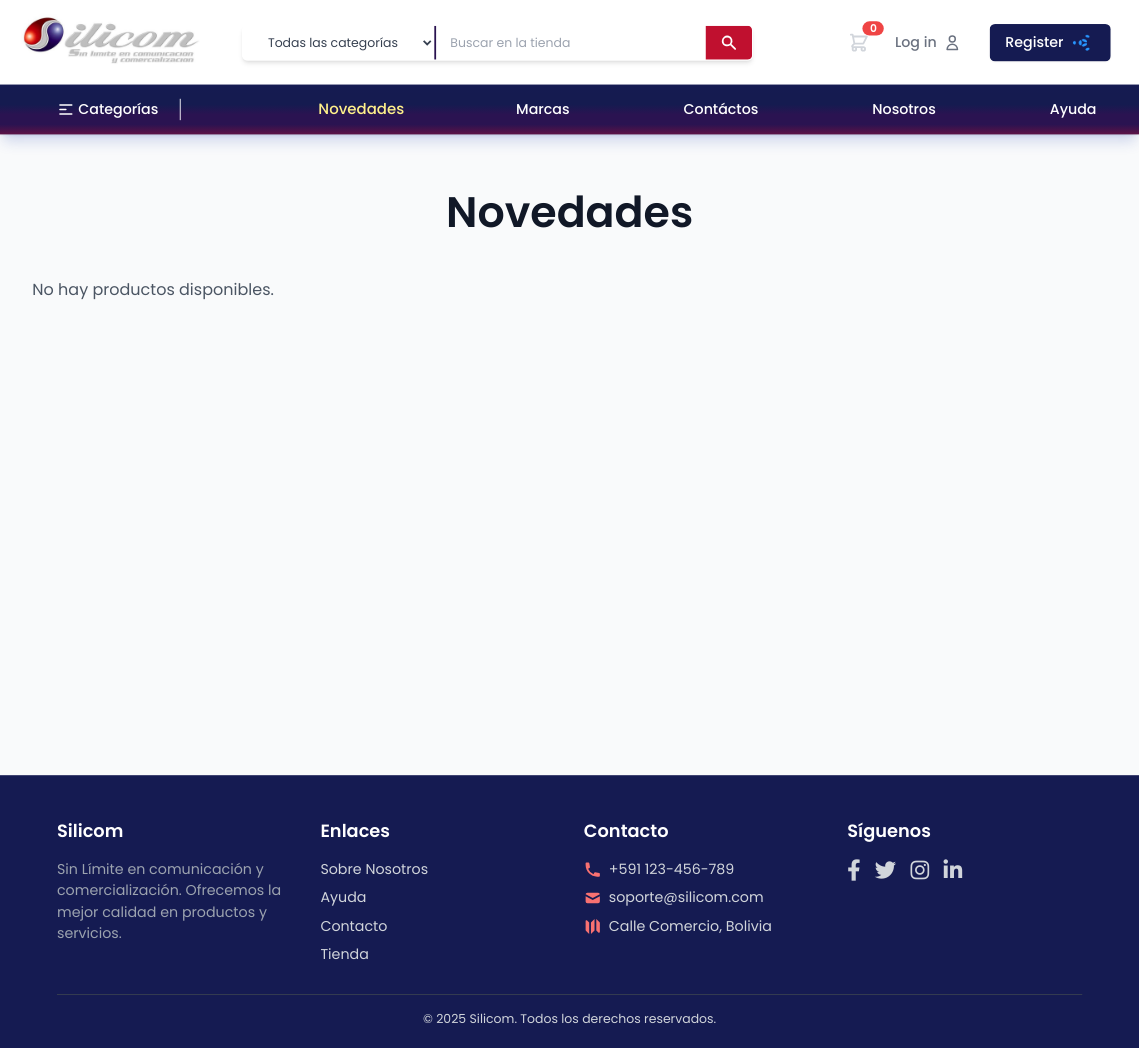
Repository: Francovg18/ecommerce
Page: /news
An editor plug-in stored every save of this project. The page is shown before and after the next save, followed by the edit.
The browser window is 1280 px wide. The pictures show the whole page, at 89% of full size.
The page's requests for data from a server got no answer. The project was rebuilt for these pictures with package versions that can differ from the ones it lists, and the page was loaded fresh each time. No one was signed in, and anything a server would have sent is missing. Also part of the build but not shown: src/components/home/Banner.js, src/components/home/ProductsArrival.js, src/components/home/ProductsSold.js, src/redux/actions/brands.js, src/components/home/Brand.js, src/components/home/Product.js, src/containers/Home.jsx, src/containers/errors/Error404.jsx and 39 more.

Above is the page before, as saved 2025-01-29 20:42:58.

### public/index.html
<!DOCTYPE html>
<html lang="en">
  <head>
    <meta charset="utf-8" />
    <link rel="icon" href="%PUBLIC_URL%/favicon.ico" />
    <meta name="viewport" content="width=device-width, initial-scale=1" />
    <meta name="theme-color" content="#000000" />
    <meta name="description" content="Web site created using create-react-app" />
    <link rel="apple-touch-icon" href="%PUBLIC_URL%/logo192.png" />
    <link href="https://fonts.googleapis.com/css2?family=Poppins:wght@400;500;600&display=swap" rel="stylesheet">
    <link
  rel="stylesheet"
  href="https://cdnjs.cloudflare.com/ajax/libs/font-awesome/6.0.0-beta3/css/all.min.css"
/>

    <!--
      manifest.json provides metadata used when your web app is installed on a
      user's mobile device or desktop. See https://developers.google.com/web/fundamentals/web-app-manifest/
    -->
    <link rel="manifest" href="%PUBLIC_URL%/manifest.json" />
    <!--
      Notice the use of %PUBLIC_URL% in the tags above.
      It will be replaced with the URL of the `public` folder during the build.
      Only files inside the `public` folder can be referenced from the HTML.

      Unlike "/favicon.ico" or "favicon.ico", "%PUBLIC_URL%/favicon.ico" will
      work correctly both with client-side routing and a non-root public URL.
      Learn how to configure a non-root public URL by running `npm run build`.
    -->
    <title>React App</title>
  </head>
  <body>
    <noscript>You need to enable JavaScript to run this app.</noscript>
    <div id="root"></div>
    <!--
      This HTML file is a template.
      If you open it directly in the browser, you will see an empty page.

      You can add webfonts, meta tags, or analytics to this file.
      The build step will place the bundled scripts into the <body> tag.

      To begin the development, run `npm start` or `yarn start`.
      To create a production bundle, use `npm run build` or `yarn build`.
    -->
  </body>
</html>

### src/index.js
import React from 'react';
import ReactDOM from 'react-dom/client';
import './style/index.css';
import App from './App';

const root = ReactDOM.createRoot(document.getElementById('root'));
root.render(
  <React.StrictMode>
    <App />
  </React.StrictMode>
);

### src/store.js
import { createStore, applyMiddleware } from 'redux';
import { composeWithDevTools } from '@redux-devtools/extension';
import { thunk } from 'redux-thunk';
import rootReducer from './redux/reducers';

const initialState = {};
const middleware = [thunk];
const store = createStore(
    rootReducer,
    initialState,
    composeWithDevTools(applyMiddleware(...middleware))
);

export default store;

### src/containers/News.jsx
import Layout from "../hocs/Layout";
import { connect } from "react-redux";
import {
    get_products_by_arrival
} from '../redux/actions/products';
import { useEffect } from "react";
import NewsProducts from "./pages/NewsProducts";
const Home = ({ get_products_by_arrival, products_arrival
}) => {

    useEffect(() => {
        window.scrollTo(0, 0);
        get_products_by_arrival();
    }, []);

    return (
        <Layout>
            <div className="text-blue-500">
                <NewsProducts data={products_arrival} />
            </div>
        </Layout>
    );
};

const mapStateToProps = state => ({
    products_arrival: state.Products.products_arrival
});

export default connect(mapStateToProps, {
    get_products_by_arrival
})(Home);

### src/redux/reducers/index.js
import { combineReducers } from 'redux';
import Auth from './auth';
import Alert from './alert';
import Categories from './categories';
import Products from './products';
import Cart from './cart';
import Shipping from './shipping'
import Payment from './payment';
import Orders from './orders';
import Coupons from './coupons';
import Profile from './profile';
import Wishlist from './wishlist';
import Reviews from './reviews';
import Brands from './brands';
export default combineReducers({
    Auth,
    Alert,
    Categories,
    Products,
    Cart,
    Shipping,
    Payment,
    Orders,
    Coupons,
    Profile,
    Wishlist,
    Reviews,
    Brands
})

### src/hocs/Layout.js
import { ToastContainer } from 'react-toastify';
import 'react-toastify/dist/ReactToastify.css';
import { check_authenticated, load_user, refresh } from '../redux/actions/auth';
import {
    get_items,
    get_total,
    get_item_total
} from "../redux/actions/cart";

import {
    get_user_profile
} from "../redux/actions/profile";

import { useEffect } from 'react';
import { connect } from 'react-redux';
import Navbar from '../components/navigation/Navbar';
import Footer from '../components/navigation/Footer';

const Layout = (props) => {

    useEffect(() => {
        props.refresh()
        props.check_authenticated()
        props.load_user()
        props.get_items()
        props.get_total()
        props.get_item_total()
        props.get_user_profile()
    }, []);

    return(
        <div>
            <Navbar/>
            <ToastContainer autoClose={5000} />
            {props.children}
            <Footer/>
        </div>
    )
}


export default connect(null, {
    check_authenticated,
    load_user,
    refresh,
    get_items,
    get_total,
    get_item_total,
    get_user_profile
}) (Layout)

### src/redux/actions/categories.js
import axios from 'axios';
import {
    GET_CATEGORIES_SUCCESS,
    GET_CATEGORIES_FAIL,
} from './types';

export const get_categories = () => async dispatch => {
    const config = {
        headers: {
            'Accept': 'application/json'
        }
    };

    try {
        const res = await axios.get(`${process.env.REACT_APP_API_URL}/api/category/categories`, config);

        if (res.status >= 200 && res.status < 300) {
            dispatch({
                type: GET_CATEGORIES_SUCCESS,
                payload: res.data
            });
        } else {
            console.error('Error: Unexpected response status', res.status);
            dispatch({
                type: GET_CATEGORIES_FAIL
            });
        }
    } catch (err) {
        console.error('Error fetching categories:', err.message);
        dispatch({
            type: GET_CATEGORIES_FAIL
        });
    }
};

### src/components/navigation/Footer.js
import React from "react";
import { MapIcon, PhoneIcon, MailIcon, GlobeAltIcon, ShoppingBagIcon, UserGroupIcon } from "@heroicons/react/solid";

function Footer() {
  return (
    <footer className="bg-midnight-blue text-gray-300 pt-12 pb-6">
      <div className="max-w-7xl mx-auto px-6 lg:px-16">
        {/* Secciones del Footer */}
        <div className="grid grid-cols-1 sm:grid-cols-2 md:grid-cols-4 gap-8">

          {/* Información de la Empresa */}
          <div>
            <h3 className="text-xl font-bold text-white mb-4">Silicom</h3>
            <p className="text-gray-400">
              Sin Límite en comunicación y comercialización. Ofrecemos la mejor calidad en productos y servicios.
            </p>
          </div>

          {/* Links Rápidos */}
          <div>
            <h3 className="text-xl font-bold text-white mb-4">Enlaces</h3>
            <ul className="space-y-2">
              <li><a href="/about" className="hover:text-red-400 transition">Sobre Nosotros</a></li>
              <li><a href="/help" className="hover:text-red-400 transition">Ayuda</a></li>
              <li><a href="/contact" className="hover:text-red-400 transition">Contacto</a></li>
              <li><a href="/shop" className="hover:text-red-400 transition">Tienda</a></li>
            </ul>
          </div>

          {/* Contacto */}
          <div>
            <h3 className="text-xl font-bold text-white mb-4">Contacto</h3>
            <ul className="space-y-2">
              <li className="flex items-center"><PhoneIcon className="w-5 h-5 text-red-400 mr-2" /> +591 123-456-789</li>
              <li className="flex items-center"><MailIcon className="w-5 h-5 text-red-400 mr-2" /> soporte@silicom.com</li>
              <li className="flex items-center"><MapIcon className="w-5 h-5 text-red-400 mr-2" /> Calle Comercio, Bolivia</li>
            </ul>
          </div>

          {/* Redes Sociales */}
          <div>
            <h3 className="text-xl font-bold text-white mb-4">Síguenos</h3>
            <div className="flex space-x-4">
              <a href="#" className="hover:text-red-400 transition"><i className="fab fa-facebook-f text-2xl"></i></a>
              <a href="#" className="hover:text-red-400 transition"><i className="fab fa-twitter text-2xl"></i></a>
              <a href="#" className="hover:text-red-400 transition"><i className="fab fa-instagram text-2xl"></i></a>
              <a href="#" className="hover:text-red-400 transition"><i className="fab fa-linkedin-in text-2xl"></i></a>
            </div>
          </div>
        </div>

        {/* Línea Divisoria */}
        <div className="border-t border-gray-700 mt-8 pt-4 text-center text-sm">
          <p>&copy; {new Date().getFullYear()} Silicom. Todos los derechos reservados.</p>
        </div>
      </div>
    </footer>
  );
}

export default Footer;

### src/redux/actions/alert.js
import{
    SET_ALERT,
    REMOVE_ALERT,
} from './types';

export const setAlert = (msg, alertType, timeout = 5000) => dispatch =>{
    dispatch({
        type: SET_ALERT,
        payload: {msg, alertType}
    });
    setTimeout(() => dispatch({ type: REMOVE_ALERT }), timeout);
}

### src/containers/pages/NewsProducts.jsx
import React from "react";
import { Link } from "react-router-dom";
import { connect } from "react-redux";

const NewsProducts = ({ data, isAuthenticated }) => {
  const products = Array.isArray(data) ? data : [];

  return (
    <div className="bg-gray-50 min-h-screen py-16">
      <div className="max-w-7xl mx-auto px-4 sm:px-6 lg:px-8">
        <div className="text-center max-w-2xl mx-auto mb-12">
          <h1 className="text-5xl font-extrabold text-gray-900">Novedades</h1>
        </div>

        <div className="grid grid-cols-2 sm:grid-cols-2 md:grid-cols-3 lg:grid-cols-4 gap-8">
          {products.length > 0 ? (
            products.map((product) => (
                <div
                key={product.id}
                className="relative group bg-white rounded-lg shadow-xl overflow-hidden transform transition-transform duration-300 hover:scale-105"
              >
                <div className="px-4 py-2 mt-2">
                  <h2 className="text-lg font-bold text-gray-800 text-center">
                    {product.name}
                  </h2>
                </div>
                <div className="relative w-full h-52 p-4 flex items-center justify-center">
                  <img
                    src={product.get_thumbnail}
                    alt={product.name}
                    className="w-full h-full object-contain"
                  />
                </div>

                <div className="absolute inset-0 flex flex-col items-center justify-center opacity-0 group-hover:opacity-100 transition-opacity duration-300 bg-gray-100 p-4">
                  <h2 className="text-xl font-semibold text-gray-800">
                    {product.name}
                  </h2>
                  <p className="text-sm text-gray-600 mt-2 text-center">
                    {product.description?.length > 100
                      ? `${product.description.slice(0, 100)}...`
                      : product.description}
                  </p>
                  <p
                    className={`text-sm ${
                      isAuthenticated
                        ? "font-medium text-gray-900"
                        : "text-red-500 font-semibold"
                    }`}
                  >
                    {isAuthenticated ? `Bs${product.price}` : "No permitido"}
                  </p>
                  <Link
                    to={`/product/${product.id}`}
                    className="mt-4 px-4 py-2 bg-midnight-blue text-white rounded-md shadow-md hover:bg-purple-night transition"
                  >
                    Ver
                  </Link>
                </div>
              </div>

            ))
          ) : (
            <p className="text-gray-600 text-center text-lg">
              No hay productos disponibles.
            </p>
          )}
        </div>
      </div>
    </div>
  );
};

const mapStateToProps = (state) => ({
  isAuthenticated: state.Auth.isAuthenticated,
});

export default connect(mapStateToProps)(NewsProducts);

### src/redux/reducers/alert.js
import {
    SET_ALERT,
    REMOVE_ALERT,
} from '../actions/types';

const initialState = {
    alert: null
};

export default function Alert(state = initialState, action) {
    const { type, payload } = action;

    switch(type) {
        case SET_ALERT:
            return {
                ...state,
                alert: payload
            };
        case REMOVE_ALERT:
            return {
                ...state,
                alert: null
            }
        default:
            return state
    };
}

### src/redux/reducers/categories.js
import {
    GET_CATEGORIES_SUCCESS,
    GET_CATEGORIES_FAIL
} from '../actions/types';

const initialState = {
    categories: null
};

export default function Categories(state = initialState, action) {
    const { type, payload } = action;

    switch(type) {
        case GET_CATEGORIES_SUCCESS:
            return {
                ...state,
                categories: payload.categories
            }
        case GET_CATEGORIES_FAIL:
            return {
                ...state,
                categories: null
            }
        default:
            return state
    }
}

### src/redux/reducers/shipping.js
import {
    GET_SHIPPING_OPTIONS_SUCCESS,
    GET_SHIPPING_OPTIONS_FAIL
} from '../actions/types';

const initialState = {
    shipping: null,
};

export default function Shipping(state = initialState, action) {
    const { type, payload } = action;

    switch(type) {
        case GET_SHIPPING_OPTIONS_SUCCESS:
            return {
                ...state,
                shipping: payload.shipping_options
            }
        case GET_SHIPPING_OPTIONS_FAIL:
            return {
                ...state,
                shipping: null
            }
        default:
            return state;
    }
};

### src/redux/reducers/orders.js
import {
    GET_ORDERS_SUCCESS,
    GET_ORDERS_FAIL,
    GET_ORDER_DETAIL_SUCCESS,
    GET_ORDER_DETAIL_FAIL
} from '../actions/types';

const initialState = {
    orders: null,
    order: null
};


export default function Orders(state = initialState, action) {
    const { type, payload } = action;

    switch(type) {
        case GET_ORDERS_SUCCESS:
            return {
                ...state,
                orders: payload.orders
            }
        case GET_ORDERS_FAIL:
            return {
                ...state,
                orders: []
            }
        case GET_ORDER_DETAIL_SUCCESS:
            return {
                ...state,
                order: payload.order
            }
        case GET_ORDER_DETAIL_FAIL:
            return {
                ...state,
                order: {}
            }
        default:
            return state;
    }
}

### src/redux/reducers/coupons.js
import {
    GET_COUPON_SUCCESS,
    GET_COUPON_FAIL,
} from '../actions/types';

const initialState = {
    coupon: null
};


export default function Coupons(state = initialState, action) {
    const { type, payload } = action;

    switch(type) {
        case GET_COUPON_SUCCESS:
            return {
                ...state,
                coupon: payload.coupon
            }
        case GET_COUPON_FAIL:
            return {
                ...state,
                coupon: null
            }
        default:
            return state;
    }
}

### src/redux/reducers/profile.js
import {
    GET_USER_PROFILE_SUCCESS,
    GET_USER_PROFILE_FAIL,
    UPDATE_USER_PROFILE_SUCCESS,
    UPDATE_USER_PROFILE_FAIL
} from '../actions/types';

const initialState = {
    profile: null
};

export default function Profile(state = initialState, action) {
    const { type, payload } = action;

    switch(type) {
        case GET_USER_PROFILE_SUCCESS:
            return {
                ...state,
                profile: payload.profile
            }
        case GET_USER_PROFILE_FAIL:
            return {
                ...state
            }
        case UPDATE_USER_PROFILE_SUCCESS:
            return {
                ...state,
                profile: payload.profile
            }
        case UPDATE_USER_PROFILE_FAIL:
            return {
                ...state
            }
        default:
            return state
    }
}

### src/redux/reducers/brands.js
import {
    GET_BRANDS_SUCCESS,
    GET_BRANDS_FAIL
} from '../actions/types';

const initialState = {
    brands: null
};

export default function Brands(state = initialState, action) {
    const { type, payload } = action;

    switch (type) {
        case GET_BRANDS_SUCCESS:
            return {
                ...state,
                brands: payload.brands // Ajusta si `payload` tiene otra estructura
            };
        case GET_BRANDS_FAIL:
            return {
                ...state,
                brands: null
            };
        default:
            return state;
    }
}

### src/components/alert.js
import {Fragment} from 'react'
import {connect} from 'react-redux'

import { CheckCircleIcon } from '@heroicons/react/solid'

function Alert ({ alert }) {

    const displayAlert = () => {
        if (alert !== null){
            return (
                <div className={`rounded-md bg-${alert.alertType}-50 p-4`}>
                <div className="flex">
                    <div className="flex-shrink-0">
                    <CheckCircleIcon className={`h-5 w-5 text-${alert.alertType}-400`} aria-hidden="true" />
                    </div>
                    <div className="ml-3">
                    <p className={`text-sm font-medium text-${alert.alertType}-800`}>{alert.msg}</p>
                    </div>
                </div>
                </div>
            )
        } else {
            return(
                <Fragment></Fragment>
            )
        }
    }

    return (
        <Fragment>
            {displayAlert()}
        </Fragment>
    )
}

const mapStateToProps = state => ({
    alert: state.Alert.alert
})

export default connect(mapStateToProps)(Alert)

### src/components/navigation/SearchBox.js
import { SearchIcon } from '@heroicons/react/solid';

const SearchBox = ({ categories, search, onChange, onSubmit }) => {
  return (
    <form
      onSubmit={(e) => onSubmit(e)}
      className="flex items-center border border-white rounded-md shadow-md overflow-hidden w-full max-w-3xl mx-auto"
    >
      {/* Dropdown de categorías (visible solo en pantallas grandes) */}
      <div className="hidden lg:block relative">
        <select
          onChange={(e) => onChange(e)}
          name="category_id"
          className="h-full text-sm text-gray-700 bg-white border-r-2 border-purple-night px-6 py-2 outline-none focus:ring-deep-rose"
        >
          <option value={0}>Todas las categorías</option>
          {categories &&
            categories.map((category, index) => (
              <option key={index} value={category.id}>
                {category.name}
              </option>
            ))}
        </select>
      </div>

      {/* Campo de búsqueda */}
      <input
        type="search"
        name="search"
        onChange={(e) => onChange(e)}
        value={search}
        required
        className="flex-grow text-sm text-gray-700 bg-white px-4 py-2 outline-none focus:ring-purple-night focus:border-crimson-red w-full"
        placeholder="Buscar en la tienda"
      />

      {/* Botón de envío */}
      <button
        type="submit"
        className="flex items-center justify-center h-full bg-crimson-red hover:bg-deep-rose text-white px-4 py-2"
      >
        <SearchIcon className="h-5 w-5" aria-hidden="true" />
      </button>
    </form>
  );
};

export default SearchBox;

### tailwind.config.js
/** @type {import('tailwindcss').Config} */
module.exports = {
  content: [
    "./src/**/*.{js,jsx,ts,tsx}",
  ],
  theme: {
    extend: {
      colors: {
        "midnight-blue": '#151b52',
        "purple-night": '#2A1350',
        "crimson-red": '#C0102F',
        "deep-rose": '#8D113B',
        "dark-burgundy": '#751240',
        "royal-purple": '#5D1245',
      },
      backgroundImage: {
        'custom-gradient': 'linear-gradient(to bottom, #151b52, #151b50, #151b50, #2A1351, #2A1351, #5D1245)',
      },
      fontFamily: {
        sans: ['Poppins', 'sans-serif'],
      },
      keyframes: {
        'gradient-x': {
          '0%, 100%': { backgroundPosition: '0% 50%' },
          '50%': { backgroundPosition: '100% 50%' },
        },
      },
      animation: {
        'gradient-x': 'gradient-x 8s ease infinite',
      },
      boxShadow: {
        navbar: "0px 4px 20px 6px rgba(28, 105, 192, 0.85), 0 1px 2px -1px rgba(3, 3, 4, 0.03)",
        menuHover: "0px 6px 15px 3px rgba(0, 0, 0, 0.15)",
      },
      fontSize: {
        'xl': '1.25rem',
        '2xl': '1.5rem',
      },
    },
  },
  plugins: [
    function({ addUtilities }) {
      const extendUnderline = {
        '.underline': {
          textDecoration: 'underline',
          textDecorationColor: '#121740',
        },
      };
      addUtilities(extendUnderline);
    },
  ],
};

Loaded but not shown: src/style/index.css (common file); src/components/navigation/Navbar.js (476 lines, source omitted); src/redux/actions/cart.js (399 lines, source omitted); src/redux/actions/auth.js (387 lines, source omitted); src/redux/actions/types.js (136 lines, source omitted); src/redux/actions/products.js (256 lines, source omitted); src/redux/reducers/cart.js (158 lines, source omitted); src/redux/reducers/products.js (118 lines, source omitted); src/App.js (79 lines, source omitted); src/redux/reducers/auth.js (113 lines, source omitted); src/redux/actions/profile.js (91 lines, source omitted); src/redux/reducers/payment.js (89 lines, source omitted); src/redux/reducers/reviews.js (90 lines, source omitted); src/redux/reducers/wishlist.js (68 lines, source omitted)

After the next save:
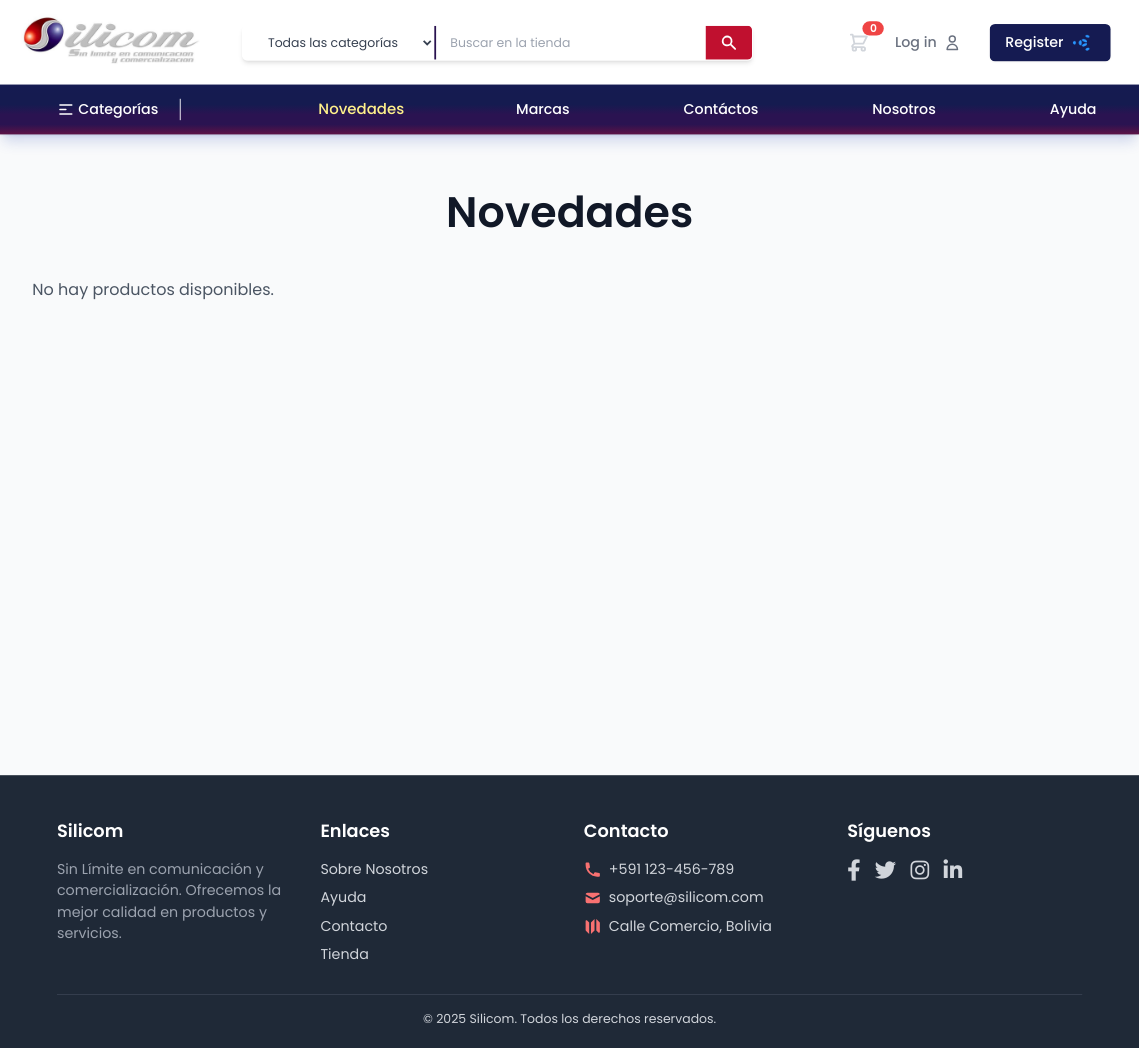
Saved 23 s later.
--- a/src/components/navigation/Footer.js
+++ b/src/components/navigation/Footer.js
@@ -3,7 +3,7 @@ import { MapIcon, PhoneIcon, MailIcon, GlobeAltIcon, ShoppingBagIcon, UserGroupI
 
 function Footer() {
   return (
-    <footer className="bg-midnight-blue text-gray-300 pt-12 pb-6">
+    <footer className="bg-gray-800 text-gray-300 pt-12 pb-6">
       <div className="max-w-7xl mx-auto px-6 lg:px-16">
         {/* Secciones del Footer */}
         <div className="grid grid-cols-1 sm:grid-cols-2 md:grid-cols-4 gap-8">
